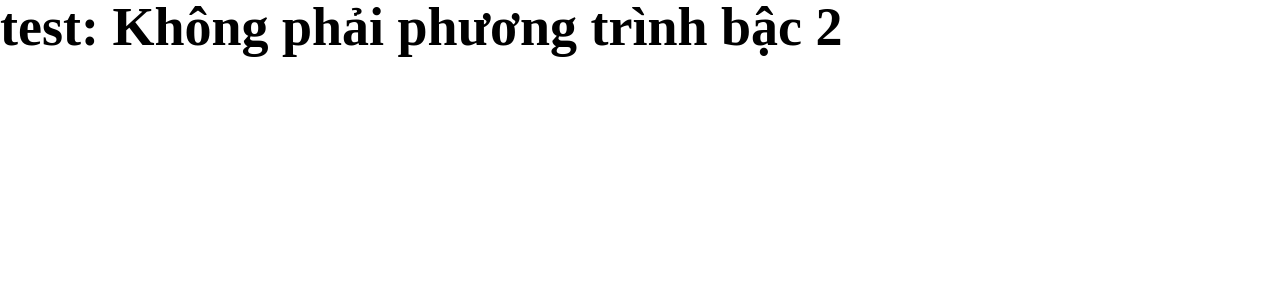
Repository: letrongtinh27/LapTrinhWeb
Page: PhuongTrinhBac2/index.html
The author's editor kept a copy of each file at every save. The page is drawn from the files as they stood at one save, then again after the next save.
The browser window is 1280 px wide. The pictures show the whole page.

Above is the page before, as saved 2022-10-13 17:25:32.

### PhuongTrinhBac2/index.html
<!DOCTYPE html>
<html lang="en">
<head>
    <meta charset="UTF-8">
    <meta http-equiv="X-UA-Compatible" content="IE=edge">
    <meta name="viewport" content="width=device-width, initial-scale=1.0">
    <title>Document</title>
    <link rel="stylesheet" href="./reset.css">
</head>
<body>
    <span>test: </span>
    <script src="./main.js"></script>
</body>
</html>

### PhuongTrinhBac2/reset.css
html, body, div, span, applet, object, iframe,
h1, h2, h3, h4, h5, h6, p, blockquote, pre,
a, abbr, acronym, address, big, cite, code,
del, dfn, em, img, ins, kbd, q, s, samp,
small, strike, strong, sub, sup, tt, var,
b, u, i, center,
dl, dt, dd, ol, ul, li,
fieldset, form, label, legend,
table, caption, tbody, tfoot, thead, tr, th, td,
article, aside, canvas, details, embed,
figure, figcaption, footer, header, hgroup,
menu, nav, output, ruby, section, summary,
time, mark, audio, video {
    margin: 0;
    padding: 0;
    border: 0;
    font-size: 100%;
    font: inherit;
    vertical-align: baseline;
}
/* HTML5 display-role reset for older browsers */
article, aside, details, figcaption, figure,
footer, header, hgroup, menu, nav, section {
    display: block;
}
body {
    line-height: 1;
}
ol, ul {
    list-style: none;
}
blockquote, q {
    quotes: none;
}
blockquote:before, blockquote:after,
q:before, q:after {
    content: '';
    content: none;
}
table {
    border-collapse: collapse;
    border-spacing: 0;
}

body{
    font-size: 54px;
    font-weight: bold;
}

### PhuongTrinhBac2/main.js
function ptb2() {
    var a = 0;
    var b = -49;
    var c = -50;

    var delta = Math.pow(b,2) - 4*a*c;
    if(a == 0) {
        document.write("Không phải phương trình bậc 2")
    }

    console.log(delta);
}

ptb2();

After the next save:
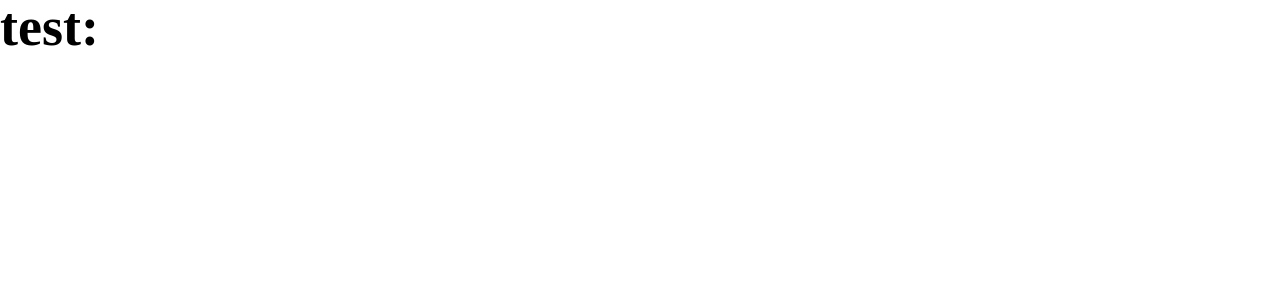
Console error: SyntaxError: Unexpected token ')'
Saved 58 s later.
--- a/PhuongTrinhBac2/main.js
+++ b/PhuongTrinhBac2/main.js
@@ -1,7 +1,5 @@
-function ptb2() {
-    var a = 0;
-    var b = -49;
-    var c = -50;
+function ptb2(a, b, c) {
+
 
     var delta = Math.pow(b,2) - 4*a*c;
     if(a == 0) {
@@ -10,5 +8,8 @@ function ptb2() {
 
     console.log(delta);
 }
-
-ptb2();
+var a = 0;
+var b = -49;
+var c = -50;
+document.writeln("Phương trình: " + )
+ptb2(a, b, c);

After the save that followed:
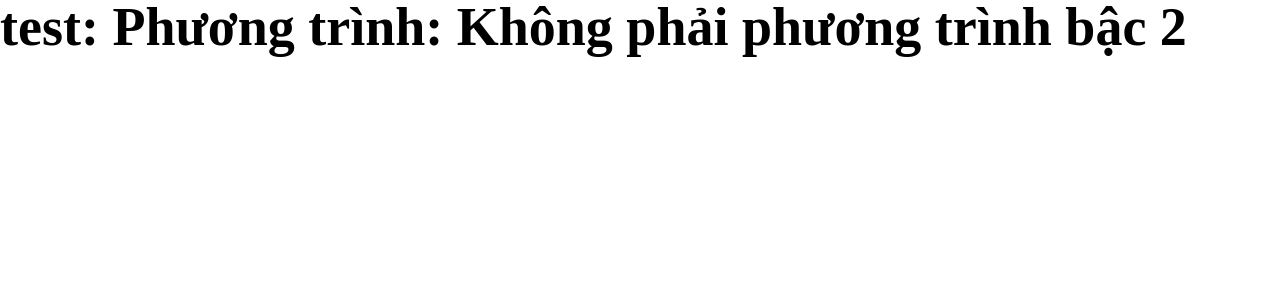
The error is gone.
Saved 10 s later.
--- a/PhuongTrinhBac2/main.js
+++ b/PhuongTrinhBac2/main.js
@@ -11,5 +11,5 @@ function ptb2(a, b, c) {
 var a = 0;
 var b = -49;
 var c = -50;
-document.writeln("Phương trình: " + )
+document.writeln("Phương trình: " );
 ptb2(a, b, c);
